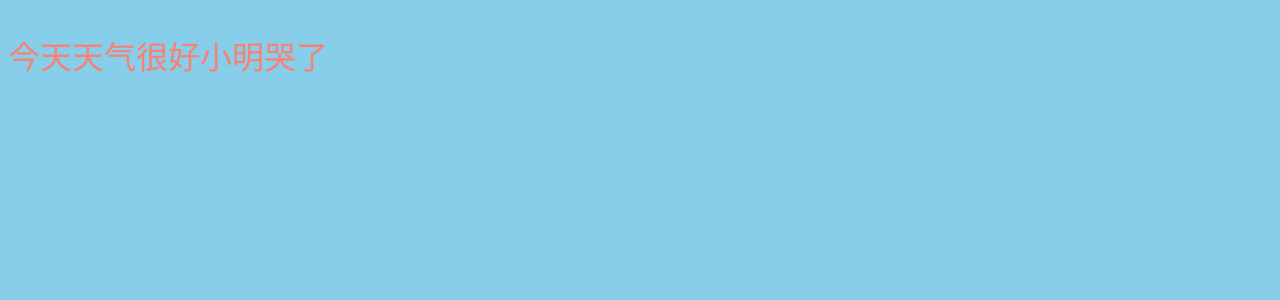
Repository: WKYQAQ/LX
Page: day03_css.html
The author's editor kept a copy of each file at every save. The page is drawn from the files as they stood at one save, then again after the next save.
The browser window is 1280 px wide. The pictures show the whole page.

Above is the page before, as saved 2020-07-23 11:32:42.

### day03_css.html
<!DOCTYPE html>
<html lang="en">
<head>
    <meta charset="UTF-8">
    <meta name="viewport" content="width=device-width, initial-scale=1.0">
    <title>Document</title>
    <link rel="stylesheet" href="./style/index.css">
    <style>
        p{
            color: red;
        }
    </style>
</head>
<body>
    <p style="font-size: 32px; color: salmon;">今天天气很好小明哭了</p><!--对于颜色来说行内的优先级最高-->
</body>
</html>

### style/index.css
body{
    background: skyblue;
}
p{
    color: green;
}

After the next save:
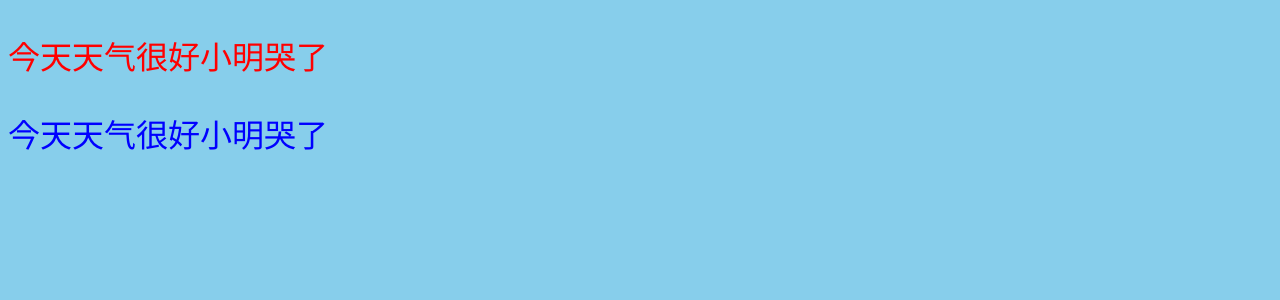
Saved 11 min 50 s later.
--- a/day03_css.html
+++ b/day03_css.html
@@ -12,6 +12,7 @@
     </style>
 </head>
 <body>
-    <p style="font-size: 32px; color: salmon;">今天天气很好小明哭了</p><!--对于颜色来说行内的优先级最高-->
+    <p style="font-size: 32px;">今天天气很好小明哭了</p><!--对于颜色来说行内的优先级最高-->
+    <p style="font-size: 32px; color:blue;">今天天气很好小明哭了</p>
 </body>
 </html>
